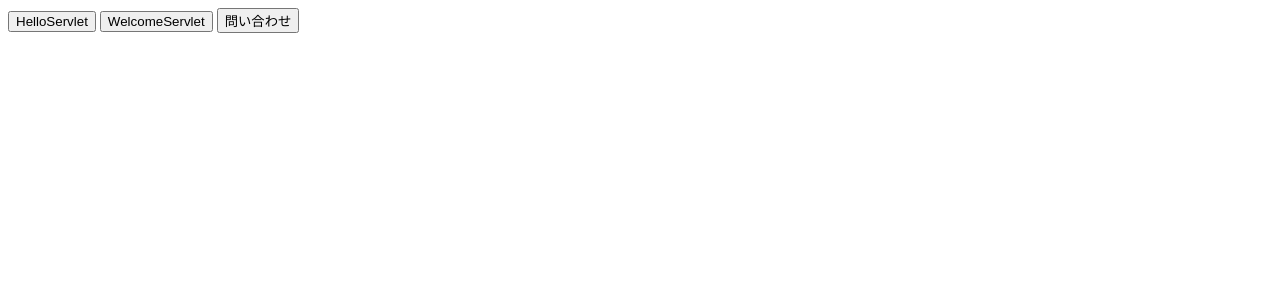
Repository: maifujii/test
Page: http://localhost/HelloServlet/
The author's editor kept a copy of each file at every save. The page is drawn from the files as they stood at one save, then again after the next save.
The browser window is 1280 px wide. The pictures show the whole page.
The page is served by Tomcat 9.

Above is the page before, as saved 2018-07-06 12:23:05.

After the next save:
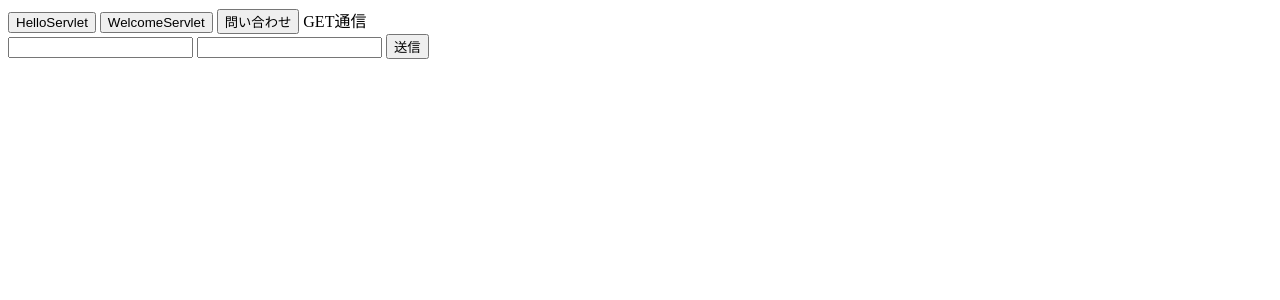
Saved 7 min 40 s later.
--- a/HelloServlet/WebContent/index.jsp
+++ b/HelloServlet/WebContent/index.jsp
@@ -10,5 +10,13 @@
 <input type="button" value="HelloServlet" onClick="location.href='HelloServlet'">
 <input type="button" value="WelcomeServlet" onClick="location.href='welcome.jsp'">
 <input type="button" value="問い合わせ" onClick="location.href='inquiry.jsp'">
+GET通信
+<form method="get" action="TestServlet">
+	<input type="text" name="username">
+	<input type="password" name="password">
+	<input type="submit" value="送信">
+</form>
+
+
 </body>
 </html>
